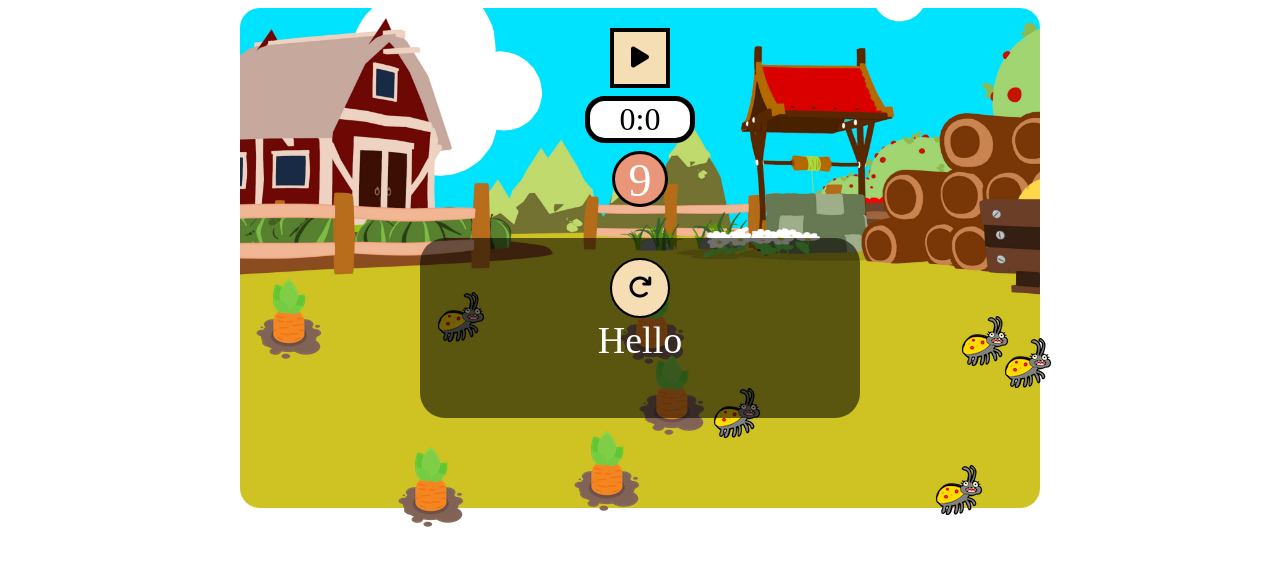
Repository: rumor1993/DreamCoding-Browser101
Page: Chapter07/ellie/index.html
These files come from the project's save history. The page is drawn as it stood at one moment and after the next save; the edit follows.
The browser window is 1280 px wide. The pictures show the whole page.
Some web libraries are served in a nearby version.

Above is the page before, as saved 2021-01-03 21:45:57.

### Chapter07/ellie/index.html
<!DOCTYPE html>
<html lang="en">
  <head>
    <meta charset="UTF-8" />
    <meta name="viewport" content="width=device-width, initial-scale=1.0" />
    <title>Document</title>
    <link rel="stylesheet" href="index.css" />
    <script src="https://kit.fontawesome.com/86c035f01d.js" crossorigin="anonymous"></script>
    <script src="index.js"></script>
  </head>
  <body>
    <section class="game">
      <header class="game-header">
        <button class="game-button">
          <i class="fas fa-play"></i>
        </button>
        <span class="game-timer">0:0</span>
        <span class="game-score">9</span>
      </header>
      <section class="game-field"></section>
    </section>
    <section class="pop-up">
      <button class="pop-up-refresh">
        <i class="fas fa-redo"></i>
      </button>
      <span class="pop-up-message">Hello</span>
    </section>
  </body>
</html>

### Chapter07/ellie/index.css
button {
  border: none;
  outline: none;
  cursor: pointer;
}

body {
  text-align: center;
}

.game {
  display: flex;
  flex-direction: column;
  width: 800px;
  height: 500px;
  margin: auto;
  background: url("../carrot/img/background.png") center/cover;
  border-radius: 20px;
}

.game-header {
  display: flex;
  flex-direction: column;
  align-items: center;
  padding: 20px;
}

.game-button {
  width: 60px;
  height: 60px;
  background-color: wheat;
  border: 4px solid black;
  font-size: 24px;
  transition: transform 300ms ease-in;
}

.game-button:hover {
  transform: scale(1.1);
}

.game-timer {
  width: 100px;
  background-color: white;
  text-align: center;
  border: 5px solid black;
  border-radius: 20px;
  font-size: 32px;
  margin-top: 8px;
}

.game-score {
  text-align: center;
  width: 50px;
  height: 50px;
  font-size: 46px;
  margin-top: 8px;
  border: 3px solid black;
  border-radius: 50%;
  background-color: darksalmon;
  color: white;
}

.game-field {
  position: relative;
  width: 100%;
  height: 100%;
  margin-top: 40px;
}

.pop-up {
  width: 400px;
  height: 140px;
  margin: auto;
  padding: 20px;
  border-radius: 25px;
  background-color: #00000090;
  color: white;
  text-align: center;
  transform: translateY(-150%);
}

.pop-up-hide {
  display: none;
}

.pop-up-refresh {
  width: 60px;
  height: 60px;
  font-size: 24px;
  background-color: wheat;
  border: 2px solid black;
  border-radius: 50%;
}

.pop-up-message {
  display: block;
  font-size: 38px;
}
/*
.carrot {
  display: inline-block;
  background-repeat: no-repeat;
  background: url("../carrot/img/carrot.png");
} */

### Chapter07/ellie/index.js
window.addEventListener("load", () => {
  const itemSize = 80;
  const gameField = document.querySelector(".game-field");
  const fieldRect = gameField.getBoundingClientRect();
  let carrotCount = 10;

  initGame();
  addItem("carrot", 5, "../carrot/img/carrot.png");
  addItem("bug", 5, "../carrot/img/bug.png");

  function initGame() {
    console.log(fieldRect);
  }

  function addItem(className, count, imagePath) {
    const x1 = 0;
    const y1 = 0;
    const x2 = fieldRect.width;
    const y2 = fieldRect.height;

    for (let i = 0; i < count; i++) {
      const item = document.createElement("img");
      item.setAttribute("class", className);
      item.setAttribute("src", imagePath);
      item.style.position = "absolute";
      const x = randomNumber(x1, x2);
      const y = randomNumber(y1, y2);
      item.style.left = `${x}px`;
      item.style.top = `${y}px`;
      gameField.appendChild(item);
    }
  }

  function randomNumber(min, max) {
    return Math.random() * (max - min) + min;
  }

  function createCarrot() {
    const carrot = document.createElement("div");
    carrot.setAttribute("class", "carrot");
    gameField.appendChild(carrot);
  }

  function createBug() {
    const bug = document.createElement("div");
    bug.setAttribute("class", "bug");
    gameField.appendChild(bug);
  }
});

After the next save:
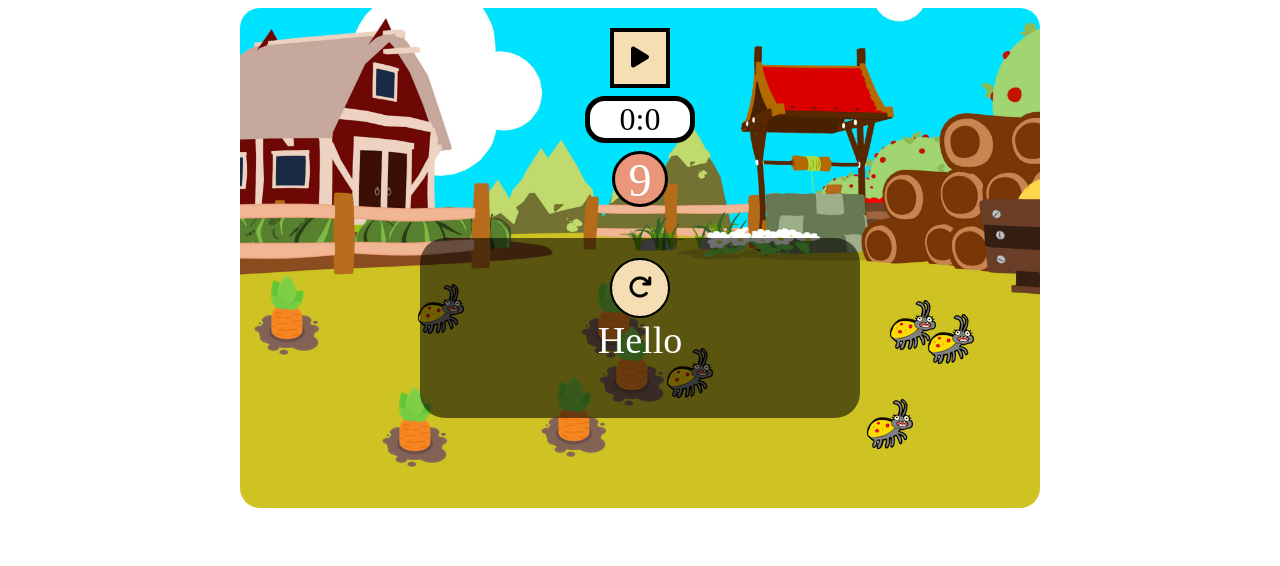
Saved 13 s later.
--- a/Chapter07/ellie/index.js
+++ b/Chapter07/ellie/index.js
@@ -15,8 +15,8 @@ window.addEventListener("load", () => {
   function addItem(className, count, imagePath) {
     const x1 = 0;
     const y1 = 0;
-    const x2 = fieldRect.width;
-    const y2 = fieldRect.height;
+    const x2 = fieldRect.width - itemSize;
+    const y2 = fieldRect.height - itemSize;
 
     for (let i = 0; i < count; i++) {
       const item = document.createElement("img");
